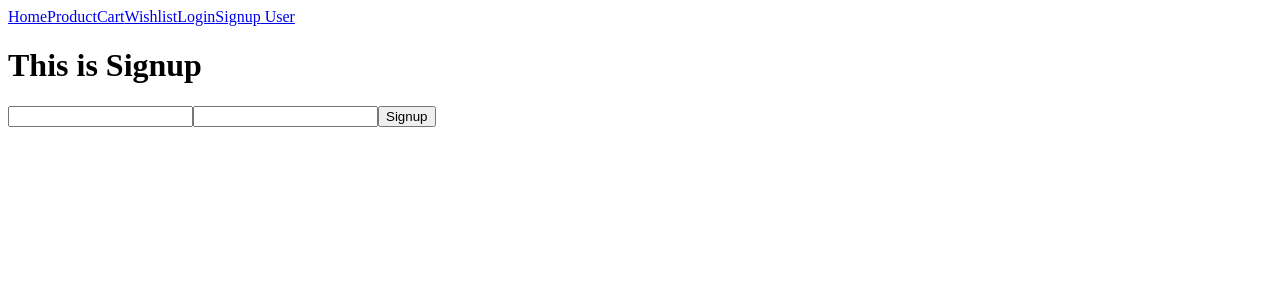
Repository: Irfan-vit/shoecase
Page: /signup
The author's editor kept a copy of each file at every save. The page is drawn from the files as they stood at one save, then again after the next save.
The browser window is 1280 px wide. The pictures show the whole page.
The page's requests for data from a server got no answer. The project was rebuilt for these pictures with package versions that can differ from the ones it lists, and the page was loaded fresh each time. No one was signed in, and anything a server would have sent is missing. Also part of the build but not shown: src/pages/home/HomePage.jsx, src/pages/Product/ProductPage.jsx, src/pages/cart/CartPage.jsx, src/pages/wishlist/WishlistPage.jsx, src/pages/Login/LoginPage.jsx, src/pages/user/User.jsx, src/components/RequiresAuth.jsx.

Above is the page before, as saved 2023-05-19 19:28:34.

After the next save:
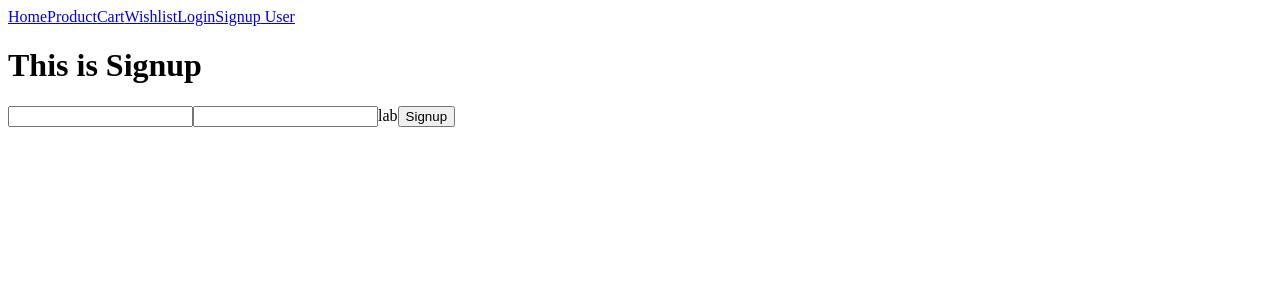
Saved 82 s later.
--- a/src/pages/Signup/SignupPage.jsx
+++ b/src/pages/Signup/SignupPage.jsx
@@ -22,6 +22,7 @@
         <label htmlFor="password">
           <input type="text" name="password" />
         </label>
+        lab
         <button>Signup</button>
       </form>
     </>

After the save that followed:
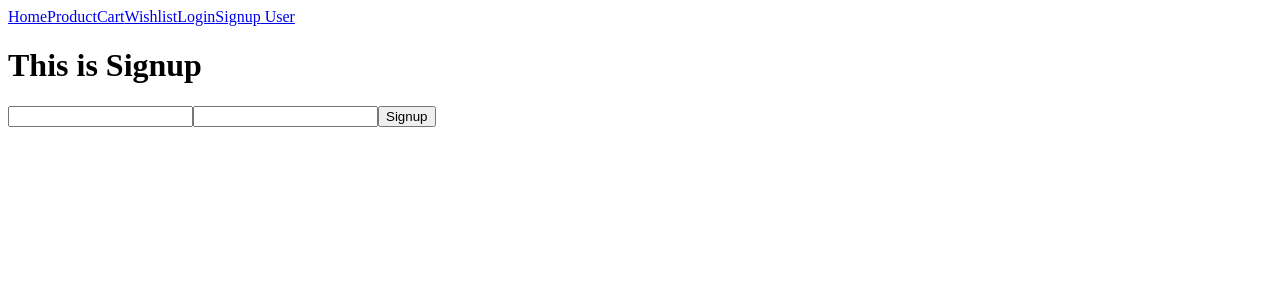
Saved 13 s later.
--- a/src/pages/Signup/SignupPage.jsx
+++ b/src/pages/Signup/SignupPage.jsx
@@ -22,7 +22,7 @@
         <label htmlFor="password">
           <input type="text" name="password" />
         </label>
-        lab
+        <label htmlFor=""></label>
         <button>Signup</button>
       </form>
     </>
